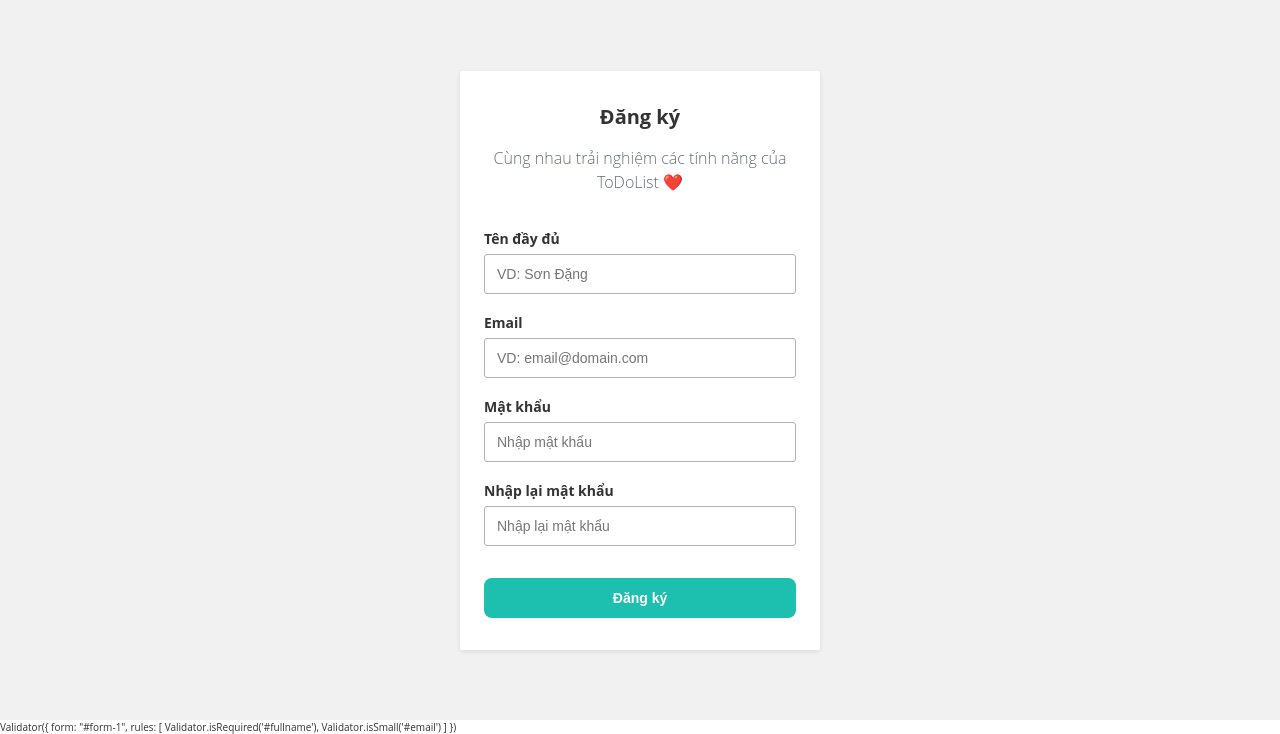
Repository: ndxbinh1922001/signup
Page: index.html
An editor plug-in stored every save of this project. The page is shown before and after the next save, followed by the edit.
The browser window is 1280 px wide. The pictures show the whole page.

Above is the page before, as saved 2021-10-16 14:23:09.

After the next save:
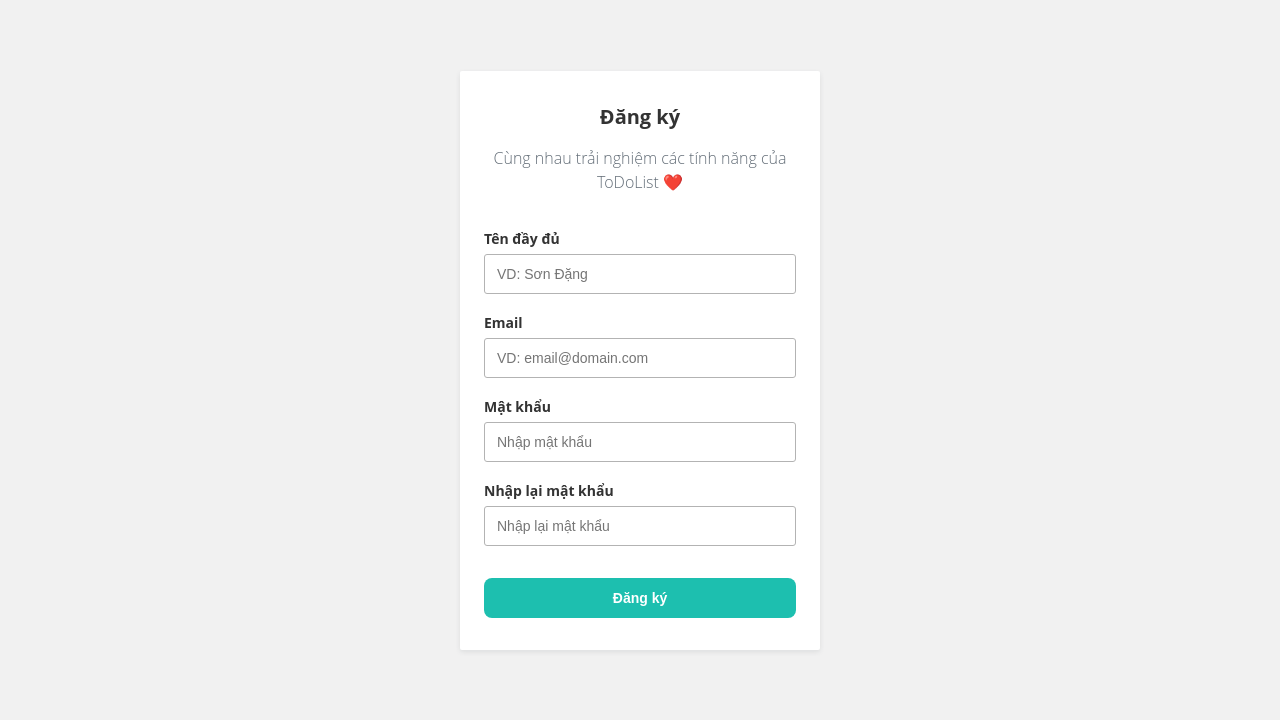
Saved 18 s later.
--- a/index.html
+++ b/index.html
@@ -45,13 +45,7 @@
 </div>
 <scrip src="/js/validator.js"></scrip>
 <scrip>
-    Validator({
-        form: "#form-1",
-        rules: [
-            Validator.isRequired('#fullname'),
-            Validator.isSmall('#email')
-        ]
-    })
+
 </scrip>
 </body>
 </html>

After the 6 saves that followed:
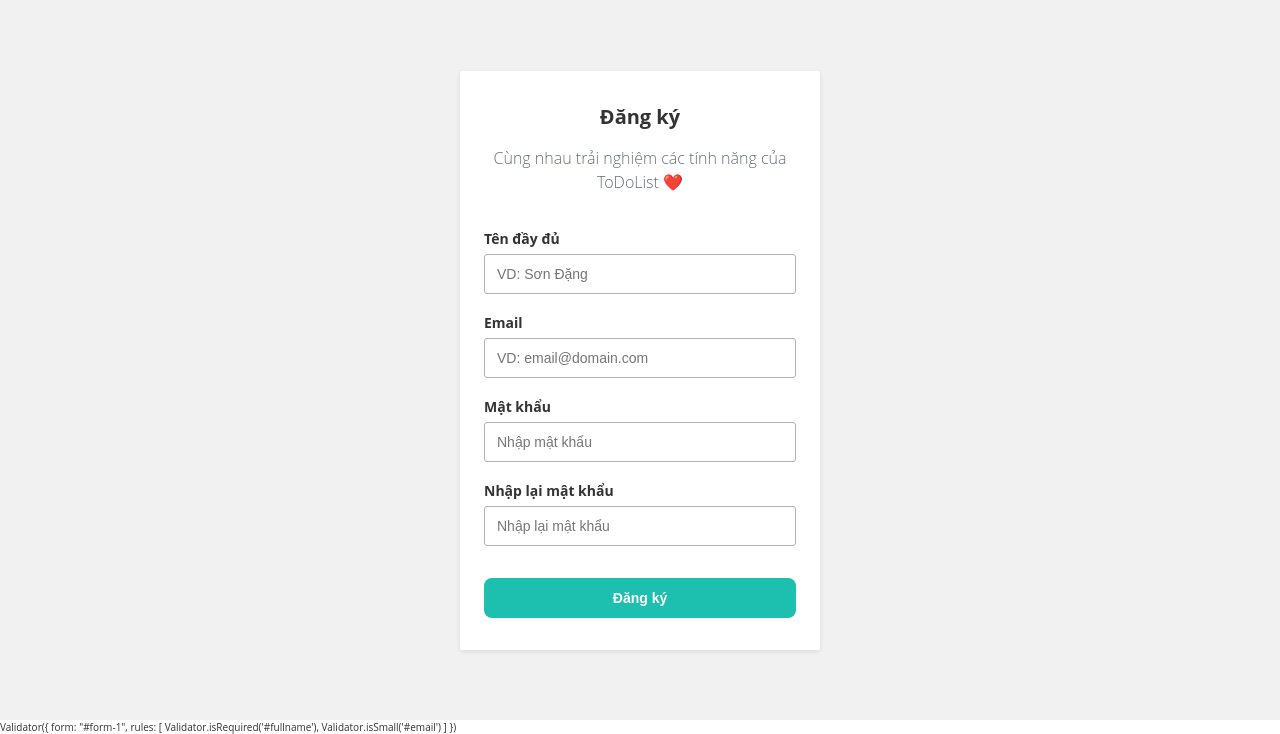
The 6 saves are shown as one change because 5 left the picture as it was.
The last was saved 6 min 2 s later.
--- a/index.html
+++ b/index.html
@@ -5,6 +5,8 @@
     <meta http-equiv="X-UA-Compatible" content="IE=edge">
     <meta name="viewport" content="width=device-width, initial-scale=1.0">
     <link rel="stylesheet" href="/css/style.css">
+    <link rel="stylesheet" href="/js/validator.js">
+
     <title>Document</title>
 </head>
 <body>
@@ -45,7 +47,13 @@
 </div>
 <scrip src="/js/validator.js"></scrip>
 <scrip>
-
+    Validator({
+        form: "#form-1",
+        rules: [
+            Validator.isRequired('#fullname'),
+            Validator.isSmall('#email')
+        ]
+    })
 </scrip>
 </body>
 </html>
